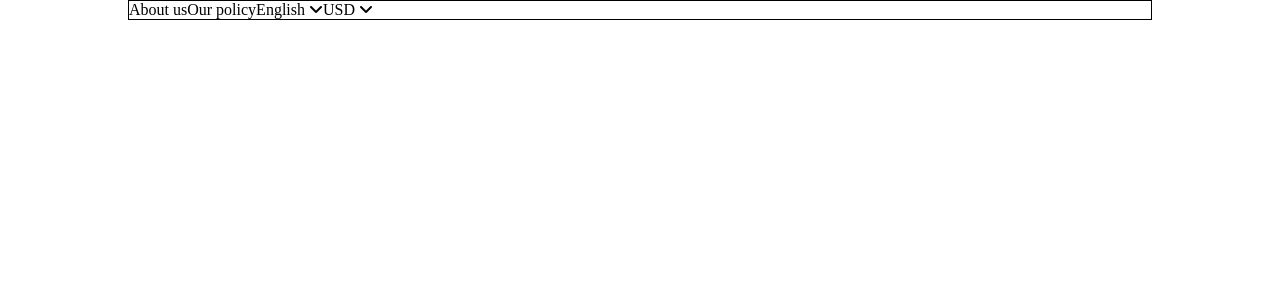
Repository: jacoporm1989/studioFlexbox
Page: FLEXBOX/header+navbar+hero+cards/index.html
An editor plug-in stored every save of this project. The page is shown before and after the next save, followed by the edit.
The browser window is 1280 px wide. The pictures show the whole page.

Above is the page before, as saved 2026-06-17 18:05:31.

After the next save:
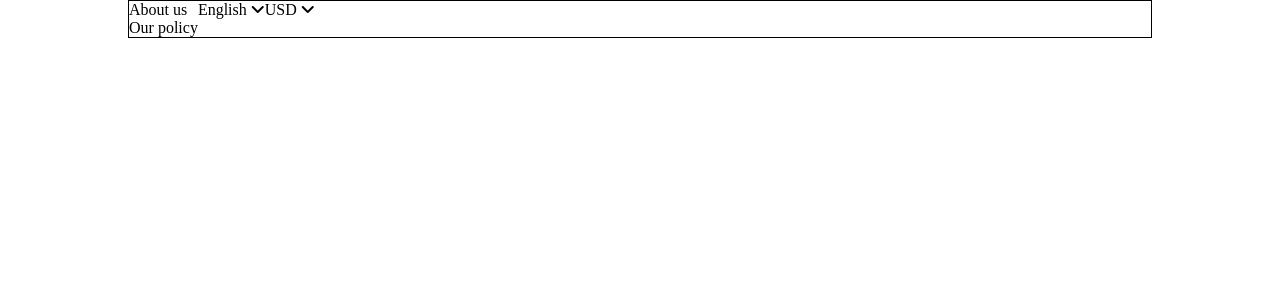
Saved 47 s later.
--- a/FLEXBOX/header+navbar+hero+cards/style.css
+++ b/FLEXBOX/header+navbar+hero+cards/style.css
@@ -23,11 +23,6 @@
     flex-direction:row;
 }
 
-.lato-sx{
-    display:flex;
-    justify-content:flex-start;
-
-}
 
 .lato-dx{
     display:flex;

After the save that followed:
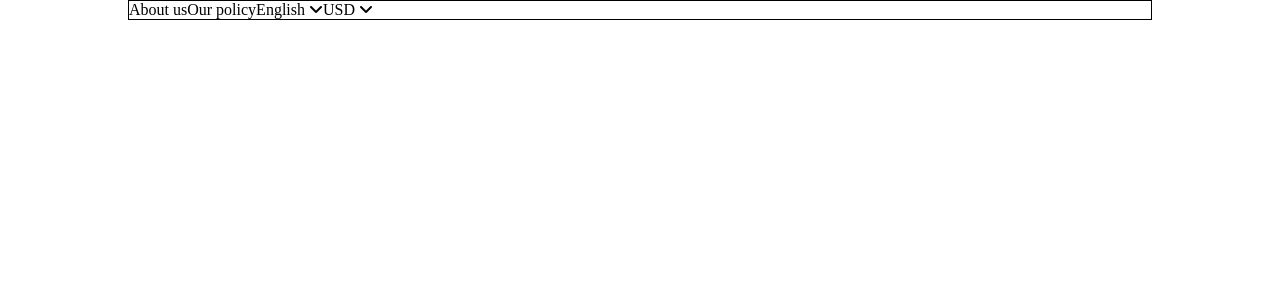
Saved 10 s later.
--- a/FLEXBOX/header+navbar+hero+cards/style.css
+++ b/FLEXBOX/header+navbar+hero+cards/style.css
@@ -23,6 +23,11 @@
     flex-direction:row;
 }
 
+.lato-sx{
+    display:flex;
+    justify-content:flex-start;
+
+}
 
 .lato-dx{
     display:flex;
